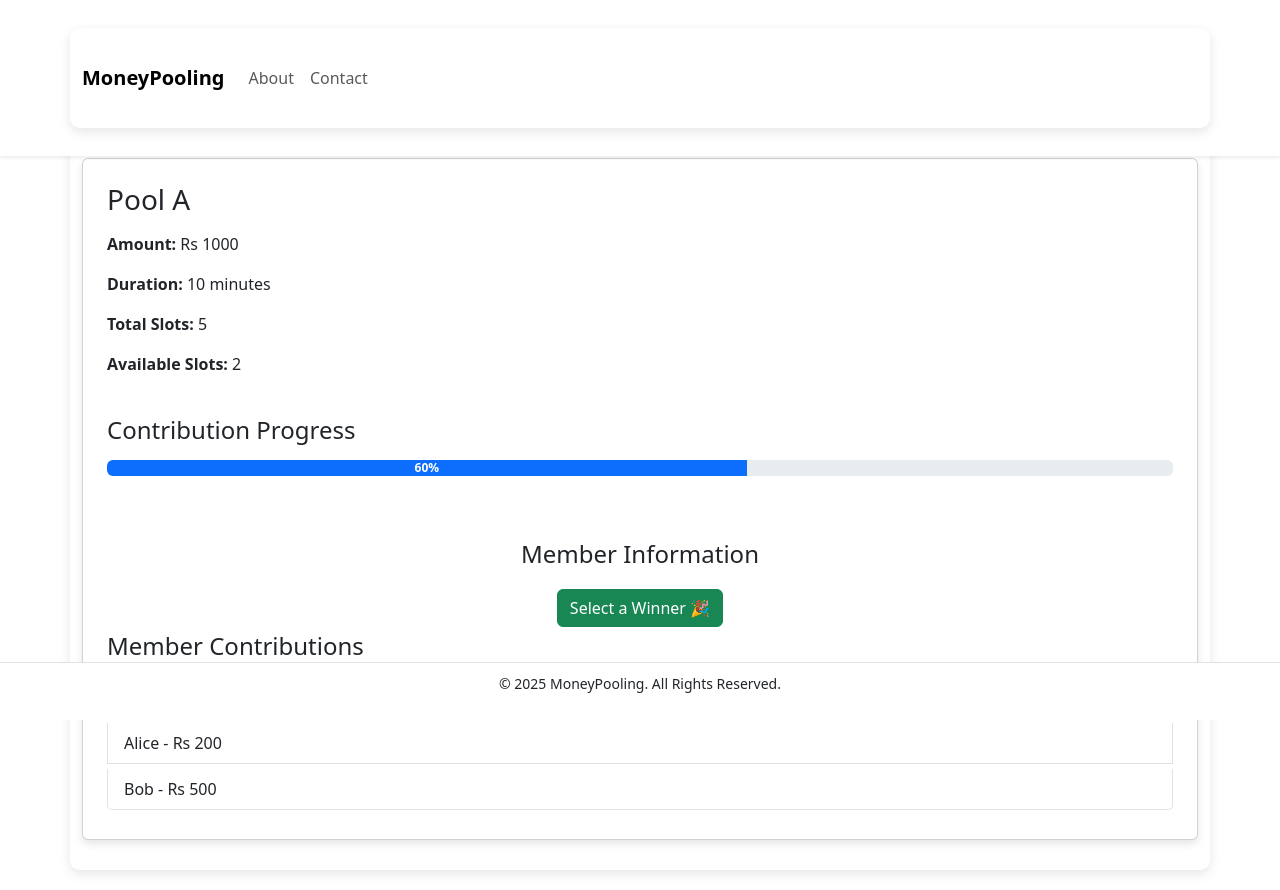
Repository: xxgautm420/MoneyPool
Page: templates/progress.html
The author's editor kept a copy of each file at every save. The page is drawn from the files as they stood at one save, then again after a run of saves.
The browser window is 1280 px wide. The pictures show the whole page.
The page is served by the project's application, run on Flask 3 (user.py). The template is opened directly, without the code that normally fills it, so the values that code supplies are empty.

Above is the page before, as saved 2025-03-01 17:47:44.

After the next 5 saves:
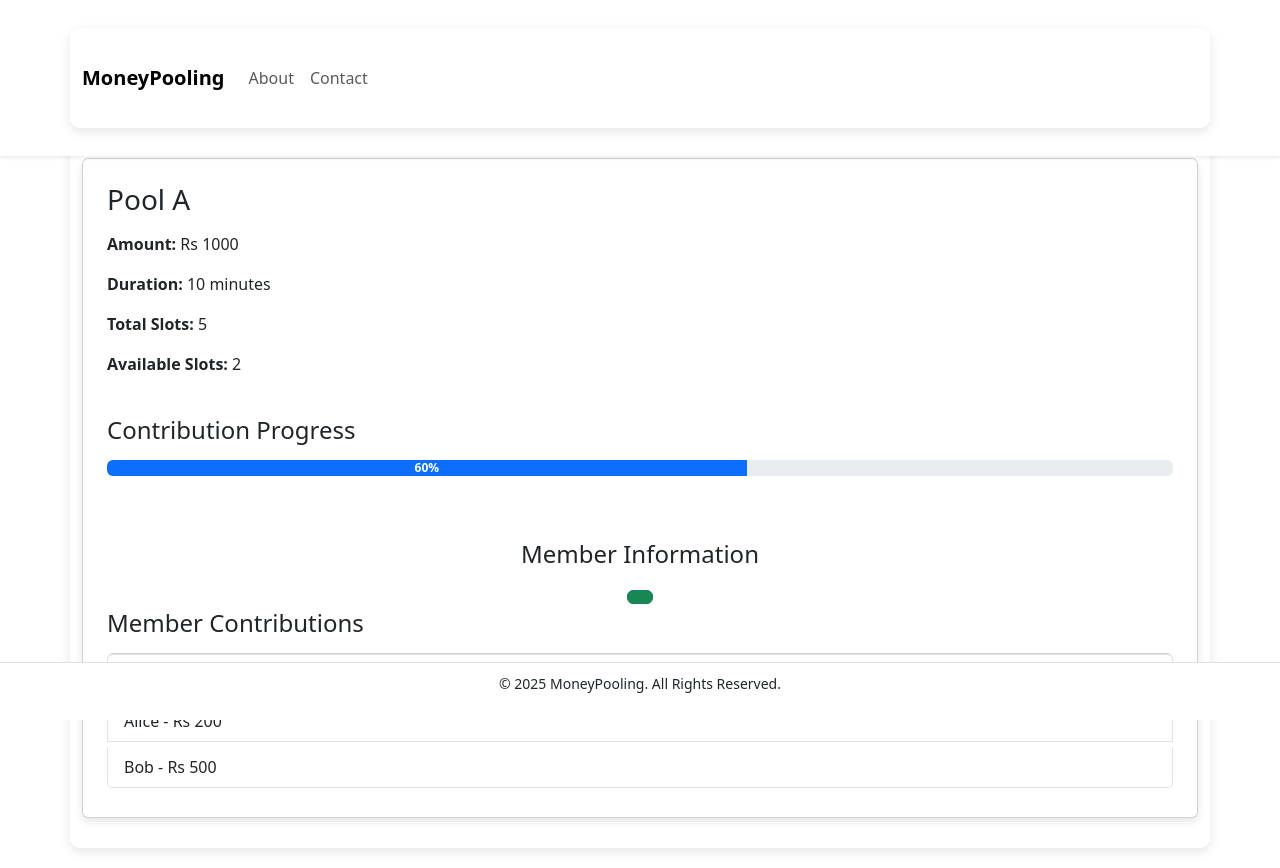
The 5 saves are shown as one change because they came seconds apart.
The last was saved 22 s later.
--- a/templates/progress.html
+++ b/templates/progress.html
@@ -49,7 +49,7 @@
 
         <div class="text-center mt-5">
             <h4>Member Information</h4>
-            <button class="btn btn-success" onclick="startSelection()">Select a Winner 🎉</button>
+            <button class="btn btn-success" onclick="startSelection()" utton>
 
         </div>
 
